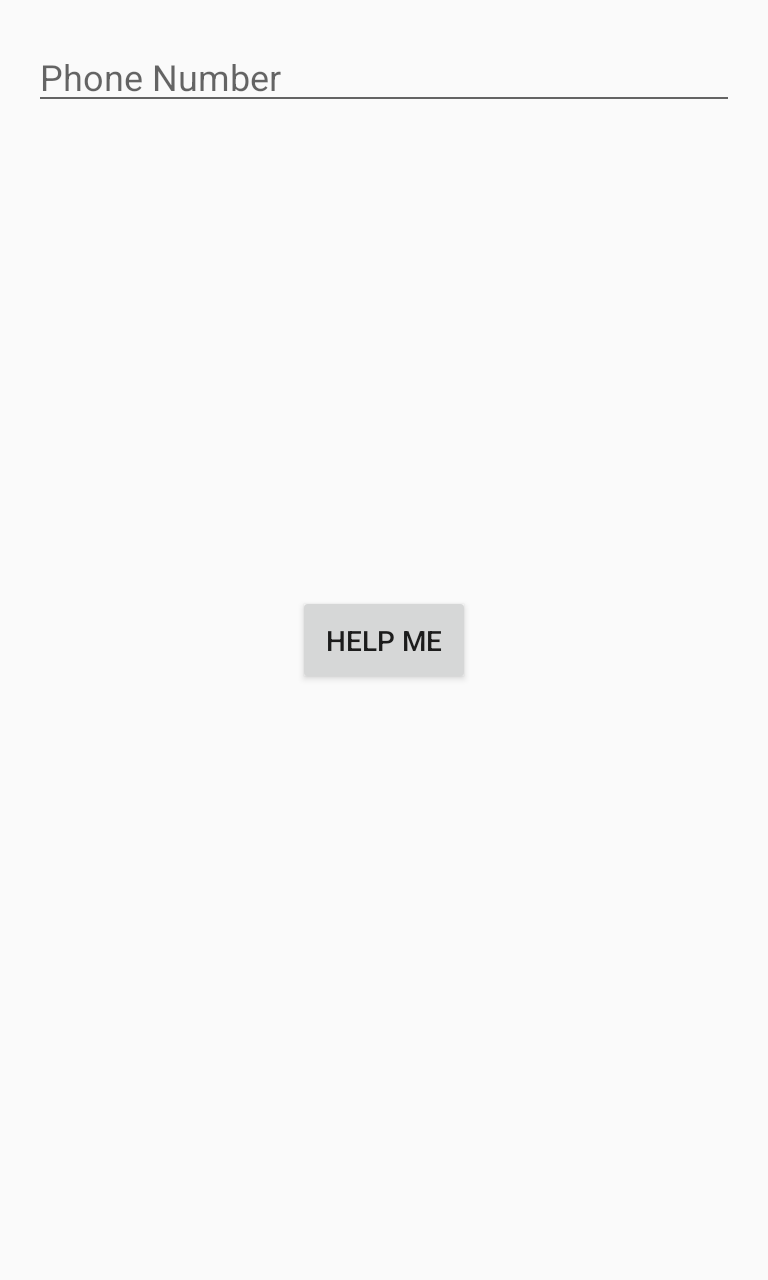
Repository: ckskylight/HackMIT-2014
Layout: HelpMe/res/layout/help_others.xml
The author's editor kept a copy of each file at every save. The layout is drawn from the files as they stood at one save, then again after a run of saves.
It is drawn on a 768 x 1280 px phone screen (xhdpi) without system bars, with theme AppTheme; the app's code is not run.

Above is the layout before, as saved 2014-10-05 09:12:50.

### HelpMe/res/layout/help_others.xml
<RelativeLayout xmlns:android="http://schemas.android.com/apk/res/android"
    xmlns:tools="http://schemas.android.com/tools"
    android:layout_width="match_parent"
    android:layout_height="match_parent"
    android:paddingBottom="@dimen/activity_vertical_margin"
    android:paddingLeft="@dimen/activity_horizontal_margin"
    android:paddingRight="@dimen/activity_horizontal_margin"
    android:paddingTop="@dimen/activity_vertical_margin"
    tools:context="com.example.helpme.MainActivity$PlaceholderFragment" >

    <TextView
        android:id="@+id/section_label"
        android:layout_width="wrap_content"
        android:layout_height="wrap_content" />

    <EditText
        android:id="@+id/phone_number"
    	android:layout_width="fill_parent"
    	android:layout_height="wrap_content"
    	android:hint="@string/phone_hint"
    	android:inputType="phone" />

    <Button
        android:id="@+id/button1"
        android:layout_width="wrap_content"
        android:layout_height="wrap_content"
        android:layout_centerHorizontal="true"
        android:layout_centerVertical="true"
        android:color="#1B5E91"
        android:text="@string/help_me" />

</RelativeLayout>

### HelpMe/res/values/strings.xml
<?xml version="1.0" encoding="utf-8"?>
<resources>

    <string name="app_name">HelpMe</string>
    <string name="title_section1">Help Me</string>
    <string name="title_section2">Help Others</string>
    <string name="hello_world">Hello world!</string>
    <string name="action_settings">Settings</string>
    <string name="help_me">Help Me</string>
	<string name="phone_hint">Phone Number</string>
	<string name="help_others">Volunteer My Place</string>
</resources>

Loaded but not shown: HelpMe/res/values/styles.xml (common file); HelpMe/res/values-v11/styles.xml (common file); HelpMe/res/values-v14/styles.xml (common file); HelpMe/res/values/dimens.xml (common file); HelpMe/res/values-w820dp/dimens.xml (common file)

After the next 2 saves:
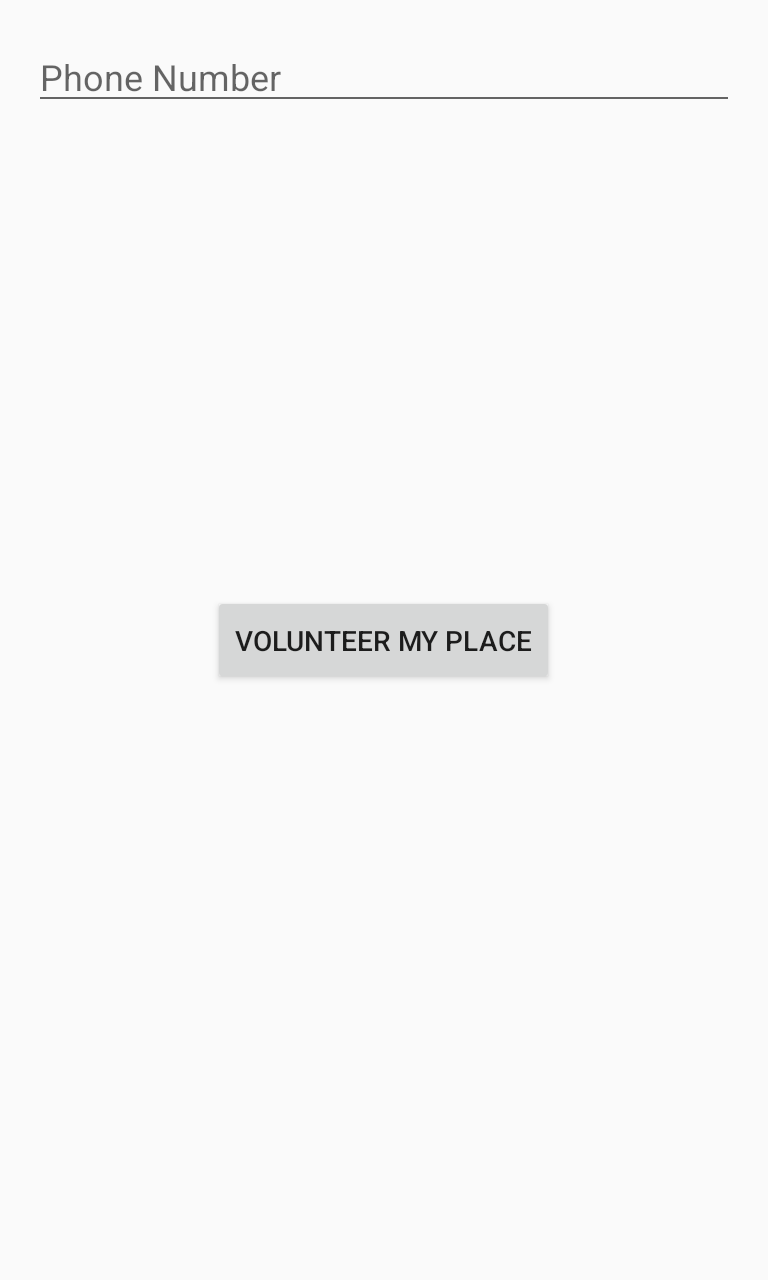
The 2 saves are shown as one change because 1 did not build or start.
The last was saved 33 s later.
--- a/HelpMe/res/layout/help_others.xml
+++ b/HelpMe/res/layout/help_others.xml
@@ -21,12 +21,12 @@
     	android:inputType="phone" />
 
     <Button
-        android:id="@+id/button1"
+        android:id="@+id/volunteer"
         android:layout_width="wrap_content"
         android:layout_height="wrap_content"
         android:layout_centerHorizontal="true"
         android:layout_centerVertical="true"
         android:color="#1B5E91"
-        android:text="@string/help_me" />
+        android:text="@string/help_others" />
 
 </RelativeLayout>
